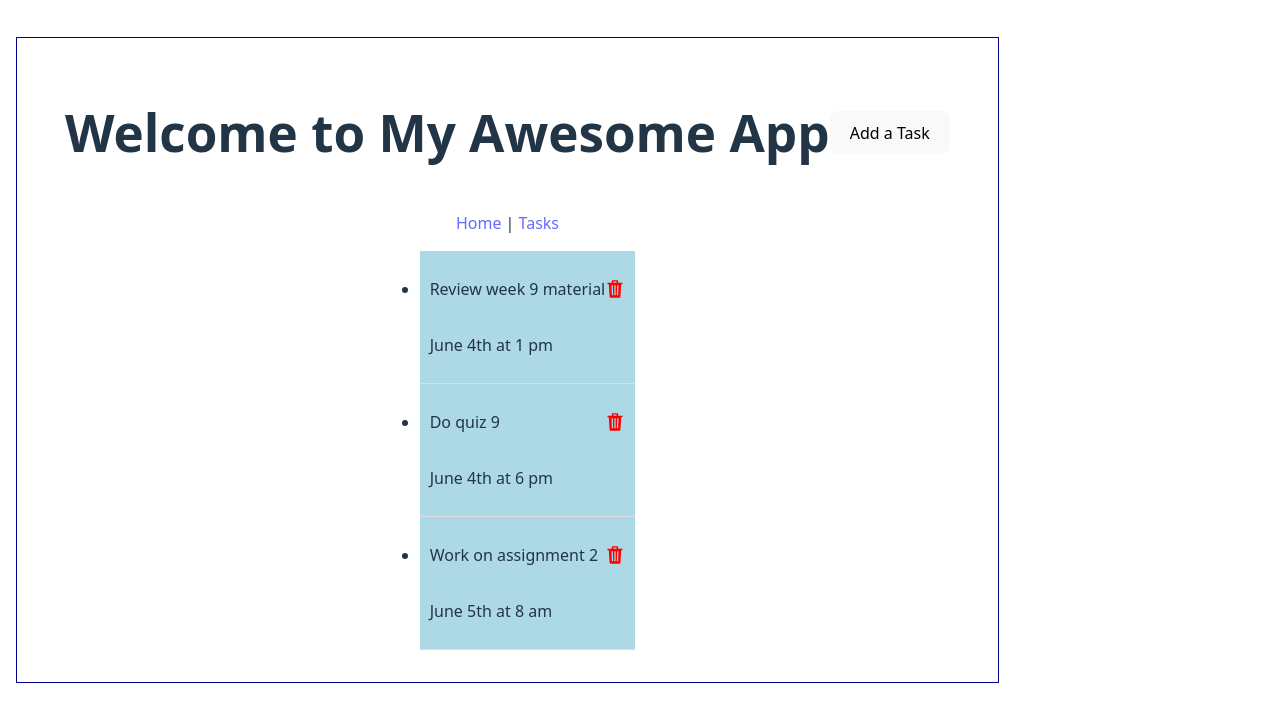
Repository: liulian26/CS5610
Page: /tasks (app in week9/my-vite-app/)
The author's editor kept a copy of each file at every save. The page is drawn from the files as they stood at one save, then again after the next save.
The browser window is 1280 px wide. The pictures show the whole page.
The project was rebuilt for these pictures with package versions that can differ from the ones it lists, and the page was loaded fresh each time. Requests to the local data server were answered from the project's data file. Also part of the build but not shown: week9/my-vite-app/vite.config.js, week9/my-vite-app/src/components /AddTask.jsx.

Above is the page before, as saved 2025-03-27 11:39:04.

### week9/my-vite-app/index.html
<!DOCTYPE html>
<html lang="en">
  <head>
    <meta charset="UTF-8" />
    <link rel="icon" type="image/svg+xml" href="/vite.svg" />
    <meta name="viewport" content="width=device-width, initial-scale=1.0" />
    <title>My Awsome App</title>
  </head>
  <body>
    <div id="root"></div>
    <script type="module" src="/src/main.jsx"></script>
  </body>
</html>

### week9/my-vite-app/src/main.jsx
import { StrictMode } from 'react'
import { createRoot } from 'react-dom/client'
import { BrowserRouter} from 'react-router'
import './index.css'
import App from './App.jsx'

createRoot(document.getElementById('root')).render(
  <BrowserRouter>
    <StrictMode>
      <App />
    </StrictMode>
  </BrowserRouter>
)

### week9/my-vite-app/src/index.css
:root {
  font-family: system-ui, Avenir, Helvetica, Arial, sans-serif;
  line-height: 1.5;
  font-weight: 400;

  color-scheme: light dark;
  color: rgba(255, 255, 255, 0.87);
  background-color: #242424;

  font-synthesis: none;
  text-rendering: optimizeLegibility;
  -webkit-font-smoothing: antialiased;
  -moz-osx-font-smoothing: grayscale;
}

a {
  font-weight: 500;
  color: #646cff;
  text-decoration: inherit;
}
a:hover {
  color: #535bf2;
}

body {
  margin: 0;
  display: flex;
  place-items: center;
  min-width: 320px;
  min-height: 100vh;
}

h1 {
  font-size: 3.2em;
  line-height: 1.1;
}

button {
  border-radius: 8px;
  border: 1px solid transparent;
  padding: 0.6em 1.2em;
  font-size: 1em;
  font-weight: 500;
  font-family: inherit;
  background-color: #1a1a1a;
  cursor: pointer;
  transition: border-color 0.25s;
}
button:hover {
  border-color: #646cff;
}
button:focus,
button:focus-visible {
  outline: 4px auto -webkit-focus-ring-color;
}


.appContainer {
  display: flex;
  flex-direction: column;
  align-items: center;
  padding: 2em;
  border: darkblue 1px solid;
  padding: 1em;
  margin: 1em;
}

.headerContainer {
  display: flex;
  justify-content: space-between;
  align-items: center;
  padding: 1em 2em;
}

.taskContainer {
  display: flex;
  flex-direction: column;
  padding: 1em;
  background-color: lightblue;
}

@media (prefers-color-scheme: light) {
  :root {
    color: #213547;
    background-color: #ffffff;
  }
  a:hover {
    color: #747bff;
  }
  button {
    background-color: #f9f9f9;
  }
}

.taskContainer {
  list-style: none;
  padding: 10px;
  border-bottom: 1px solid #ddd;
}

.taskTileIconContainer {
  display: flex;
  align-items: center;
  justify-content: space-between;
}

.deleteIcon {
  color: red;
  font-size: 20px;
  cursor: pointer;
}

.deleteIcon:hover {
  color: darkred;
}

.form-control {
  margin: 20px 0;
  display: flex;
}

.form-control label {
  margin-right: 10px;
}

### week9/my-vite-app/src/App.jsx
import React, { useEffect, useState } from 'react';
import Header from './components /Header';
import TaskList from './components /TasksList';
import AddTask from './components /AddTask';
import { Routes, Route, Link } from "react-router";

export default function App() {
  const appName = "My Awesome App";
  const [tasks, setTasks] = useState([]);
  const [loading, setLoading] = useState(true);
  const [showForm, setShowForm] = useState(false);

  useEffect(() => {
    async function fetchData() {
      try {
        const response = await fetch("http://localhost:5001/tasks");
        const data = await response.json();
        setTasks(data);
      } catch (error) {
        console.error("Error fetching tasks:", error);
      } finally {
        setLoading(false);
      }
    }
    fetchData();
  }, []);

  const handleAddTask = async (newTask) => {
    try {
      const response = await fetch("http://localhost:5001/tasks", {
        method: "POST",
        headers: {
          "Content-Type": "application/json",
        },
        body: JSON.stringify(newTask),
      });

      if (response.ok) {
        const savedTask = await response.json();
        setTasks((prevTasks) => [...prevTasks, savedTask]);
      } else {
        console.error("Failed to add task");
      }
    } catch (error) {
      console.error("Error adding task:", error);
    }
  };

  const handleDelete = async (taskId) => {
    try {
      const response = await fetch(`http://localhost:5001/tasks/${taskId}`, {
        method: "DELETE",
      });

      if (response.ok) {
        setTasks((prevTasks) => prevTasks.filter((task) => task.id !== taskId));
      } else {
        console.error("Failed to delete task");
      }
    } catch (error) {
      console.error("Error deleting task:", error);
    }
  };

  const toggleForm = () => {
    setShowForm((prev) => !prev);
  };

  return (
    <div className="appContainer">
      <Header myAppName={appName} version={2} toggleForm={toggleForm} showForm={showForm} />


      <nav>
        <Link to="/">Home</Link> | <Link to="/tasks">Tasks</Link>
      </nav>

      <Routes>
        <Route
          path="/"
          element={
            <>
              {showForm && <AddTask onAddTask={handleAddTask} />}
              {loading ? <p>Loading...</p> : <p>Welcome to the Home Page!</p>}
            </>
          }
        />
        <Route
          path="/tasks"
          element={
            <>
              {showForm && <AddTask onAddTask={handleAddTask} />}
              {loading ? (
                <p>Loading...</p>
              ) : (
                <TaskList tasks={tasks} setTasks={setTasks} onDelete={handleDelete} />
              )}
            </>
          }
        />
        <Route
          path="*"
          element={<p>404 - Page Not Found</p>}
          />
      </Routes>
    </div>
  );
}

### week9/my-vite-app/src/components /Header.jsx
import React from "react";


export default function Header({ myAppName, toggleForm, showForm }) {
    return (
        <div>
            <header className="headerContainer">
                <h1>Welcome to {myAppName}</h1>
                <button onClick={toggleForm} className="toggleFormBtn">
                {showForm ? "Close" : "Add a Task"}
                </button>
            </header>
        </div>
    );
}

### week9/my-vite-app/src/components /TasksList.jsx
import React,{useEffect, useState} from "react";
import Task from "./Task";


export default function TaskList({ tasks, setTasks, onDelete }){
  // const handleDelete = (taskId) => {
  //   setTasks((prevTasks) => prevTasks.filter((task) => task.id !== taskId));
  // };
  // const [tasks, setTasks] = useState([]);
  // useEffect(() => {
  //   fetch("http://localhost:5001/tasks")
  //   .then((response) => response.json())
  //   .then((data) => setTasks(data))
  //   .catch((error) => console.error("Error fetching tasks:", error));
  //   }, []);

    return(
      // <ul>
      //       {/* using array.map to render the tasks array titles
      //       for each element return an <li> */}
      //       {tasks.map((task) => {
      //         return <Task key={task.id} taskObj={task} />;
      //       })}
      //     </ul>
      <div>
      {tasks.length === 0 ? (
        <p>No tasks left!</p>
      ) : (
        <ul>
          {tasks.map((task) => (
            <Task key={task.id} taskObj={task} onDelete={onDelete} />
          ))}
        </ul>
      )}
    </div>
      );
}

### week9/my-vite-app/src/components /Task.jsx
import React from "react";
import {IoTrashSharp} from "react-icons/io5";
import { NavLink } from "react-router";

export default function Task({ taskObj, onDelete }) {
  return (
    <li>
      <div className="taskContainer">
        <div className="taskTileIconContainer">
          <p>{taskObj.title}</p>
          <IoTrashSharp className="deleteIcon" onClick={() => onDelete(taskObj.id)}/>
        </div>
          <p>{taskObj.date}</p>
      </div>
    </li>
  );
}

### week9/my-vite-app/db.json
{
    "tasks": [
      {
        "id": 1,
        "title": "Review week 9 material",
        "date": "June 4th at 1 pm"
      },
      {
        "id": 2,
        "title": "Do quiz 9",
        "date": "June 4th at 6 pm"
      },
      {
        "id": 3,
        "title": "Work on assignment 2",
        "date": "June 5th at 8 am"
      }
    ]
  }

After the next save:
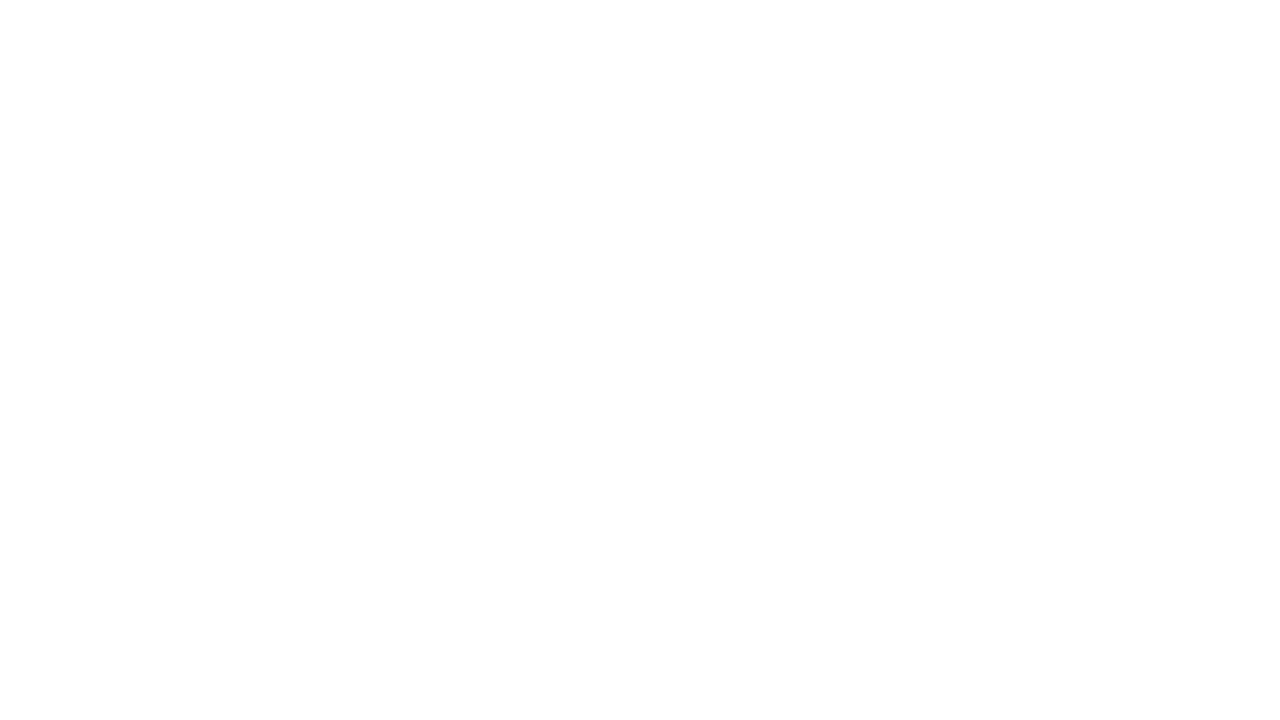
Console error: ReferenceError: NotFound is not defined
Saved 6 min 14 s later.
--- a/week9/my-vite-app/src/App.jsx
+++ b/week9/my-vite-app/src/App.jsx
@@ -100,8 +100,8 @@
         />
         <Route
           path="*"
-          element={<p>404 - Page Not Found</p>}
-          />
+          element={<NotFound />}
+        />
       </Routes>
     </div>
   );

After the save that followed:
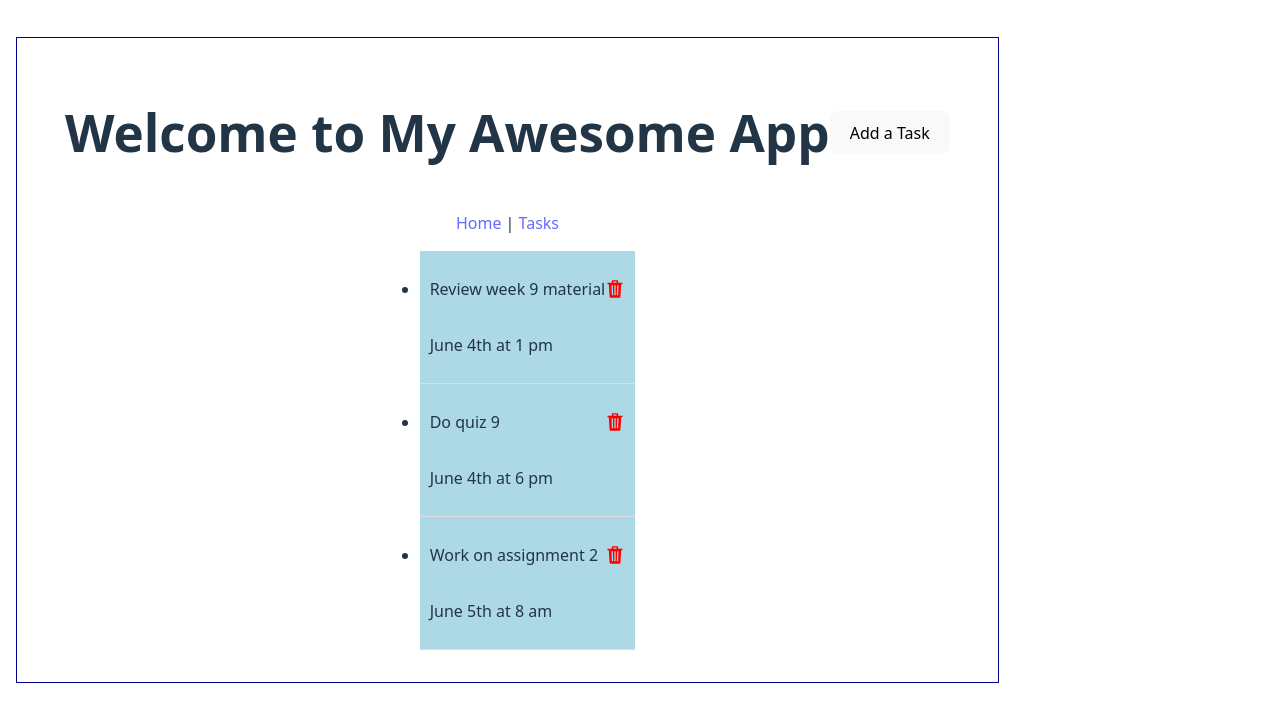
The error is gone.
Saved 97 s later.
--- a/week9/my-vite-app/src/App.jsx
+++ b/week9/my-vite-app/src/App.jsx
@@ -100,7 +100,7 @@
         />
         <Route
           path="*"
-          element={<NotFound />}
+          element={<p> NotFound </p>}
         />
       </Routes>
     </div>
